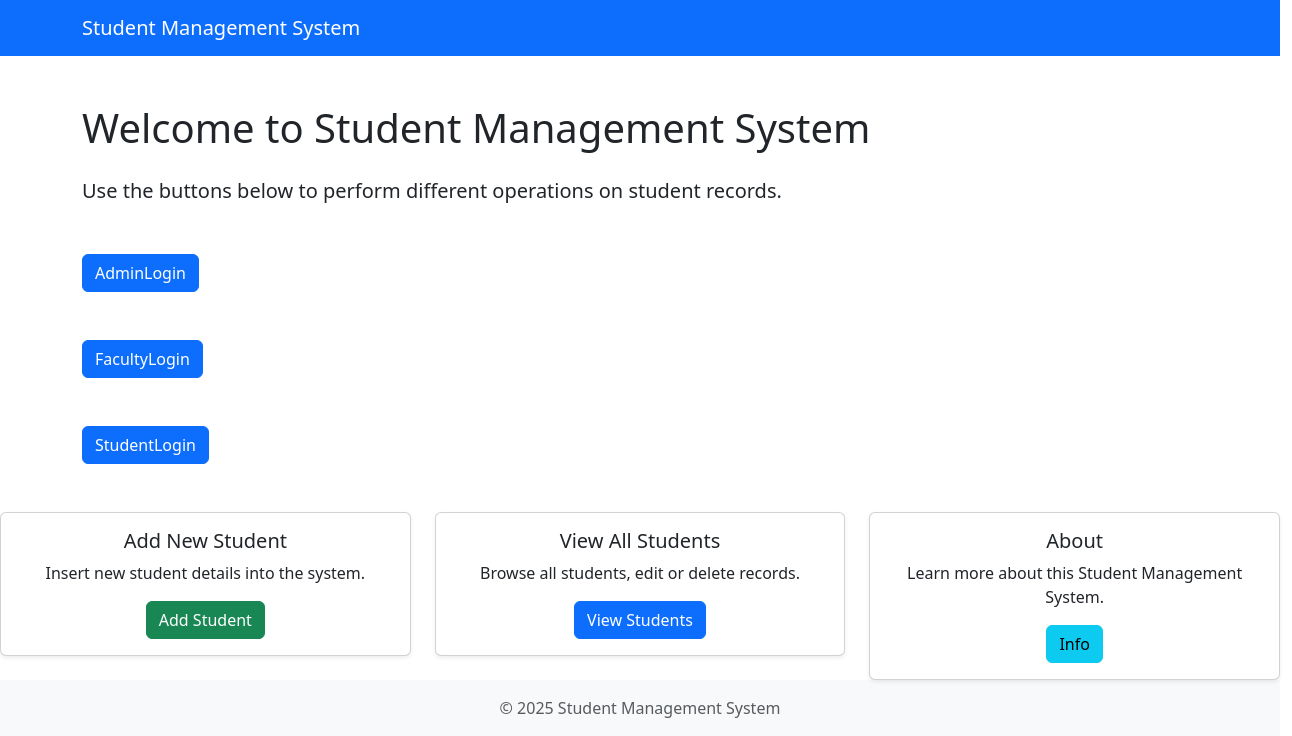
Repository: BorudePiyush/StudentMANAGEMENTSystem-using-java
Page: http://localhost/Student_management_systems/
An editor plug-in stored every save of this project. The page is shown before and after the next save, followed by the edit.
The browser window is 1280 px wide. The page is 1292 px wide, so the pictures cover 1292 px, including what lies to the right of the window. The pictures show the whole page.
The page is served by Tomcat 10. Other server files are loaded and not shown.

Above is the page before, as saved 2025-06-07 06:52:01.

### Student management systems/src/main/webapp/index.html
<!DOCTYPE html>
<html lang="en">
<head>
<meta charset="ISO-8859-1">
 <meta charset="UTF-8" />
  <meta name="viewport" content="width=device-width, initial-scale=1" />
  <title>Student Management System - Dashboard</title>
  <link
    href="https://cdn.jsdelivr.net/npm/bootstrap@5.3.2/dist/css/bootstrap.min.css"
    rel="stylesheet"
  />
</head>
<body>
  <nav class="navbar navbar-expand-lg navbar-dark bg-primary">
    <div class="container">
      <a class="navbar-brand" href="#">Student Management System</a>
    </div>
  </nav>

  <div class="container mt-5">
    <h1 class="mb-4">Welcome to Student Management System</h1>
    <p class="lead">
      Use the buttons below to perform different operations on student records.
    </p>
    </div>

<div class="container mt-5">
    <a href="AdminLogin" class="btn btn-primary">AdminLogin</a>
    </div>
    <div class="container mt-5">
    <a href="FacultyLogin" class="btn btn-primary">FacultyLogin</a>
    </div>
    <div class="container mt-5">
    <a href="StudentLogin" class="btn btn-primary">StudentLogin</a>
    </div>


    <div class="row g-4 mt-4">
      <div class="col-md-4">
        <div class="card shadow-sm">
          <div class="card-body text-center">
            <h5 class="card-title">Add New Student</h5>
            <p class="card-text">Insert new student details into the system.</p>
            <a href="AddStudent.jsp" class="btn btn-success">Add Student</a>
          </div>
        </div>
      </div>

      <div class="col-md-4">
        <div class="card shadow-sm">
          <div class="card-body text-center">
            <h5 class="card-title">View All Students</h5>
            <p class="card-text">Browse all students, edit or delete records.</p>
            <a href="ViewStudentsServlet" class="btn btn-primary">View Students</a>
          </div>
        </div>
      </div>

      <div class="col-md-4">
        <div class="card shadow-sm">
          <div class="card-body text-center">
            <h5 class="card-title">About</h5>
            <p class="card-text">Learn more about this Student Management System.</p>
            <a href="#" class="btn btn-info" onclick="alert('This is a simple Java Servlet + JSP Student Management System project.')">Info</a>
          </div>
        </div>
      </div>
    </div>
  </div>

  <footer class="footer mt-auto py-3 bg-light text-center">
    <div class="container">
      <span class="text-muted">&copy; 2025 Student Management System</span>
    </div>
  </footer>

</body>
</html>

After the next save:
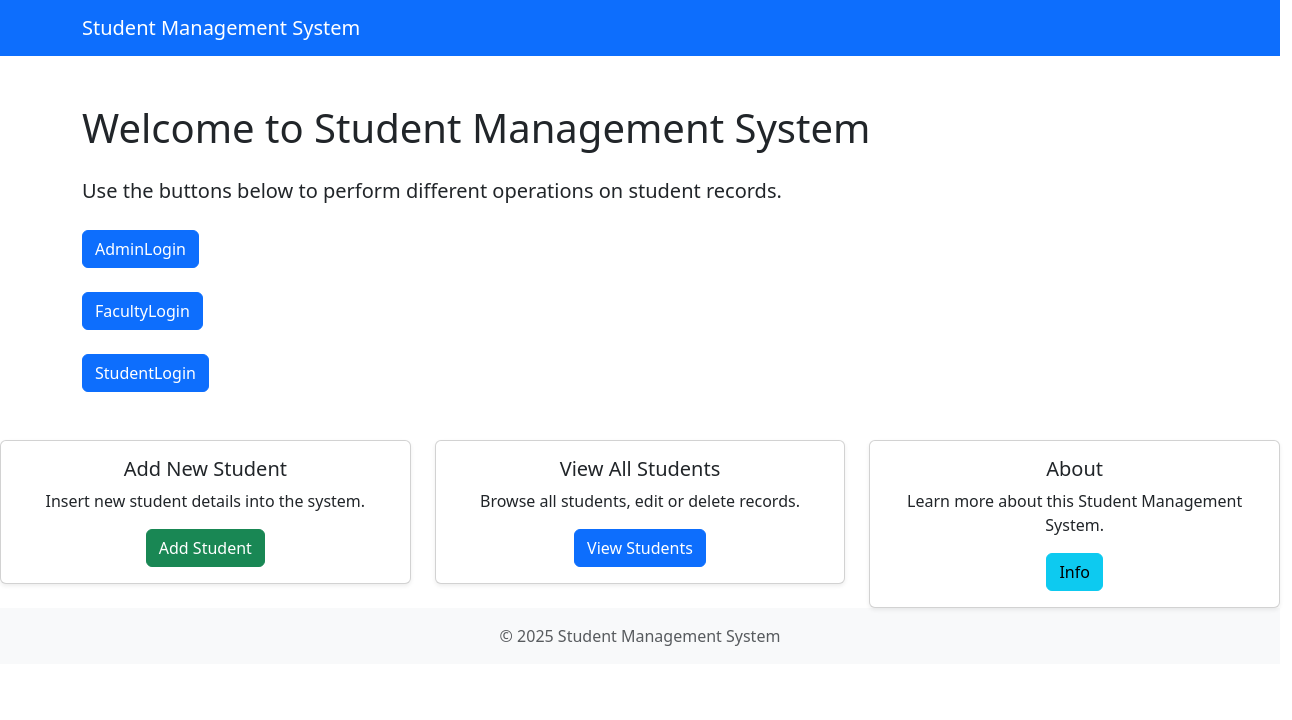
Saved 3 min 55 s later.
--- a/Student management systems/src/main/webapp/index.html
+++ b/Student management systems/src/main/webapp/index.html
@@ -24,13 +24,13 @@
     </p>
     </div>
 
-<div class="container mt-5">
+<div class="container mt-4">
     <a href="AdminLogin" class="btn btn-primary">AdminLogin</a>
     </div>
-    <div class="container mt-5">
+    <div class="container mt-4">
     <a href="FacultyLogin" class="btn btn-primary">FacultyLogin</a>
     </div>
-    <div class="container mt-5">
+    <div class="container mt-4">
     <a href="StudentLogin" class="btn btn-primary">StudentLogin</a>
     </div>
 
